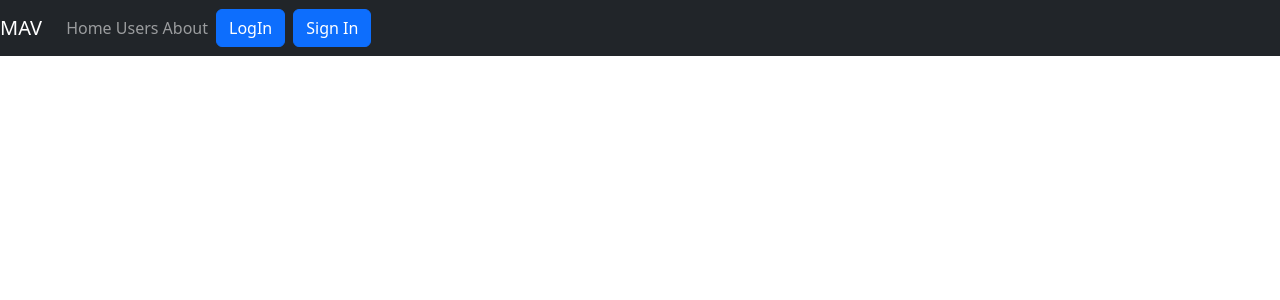
Repository: Dekabrist94/Bootstrap-First-Page
Page: /
These files come from the project's save history. The page is drawn as it stood at one moment and after the next save; the edit follows.
The browser window is 1280 px wide. The pictures show the whole page.
The project was rebuilt for these pictures with package versions that can differ from the ones it lists, and the page was loaded fresh each time.

Above is the page before, as saved 2023-04-07 23:50:51.

After the next save:
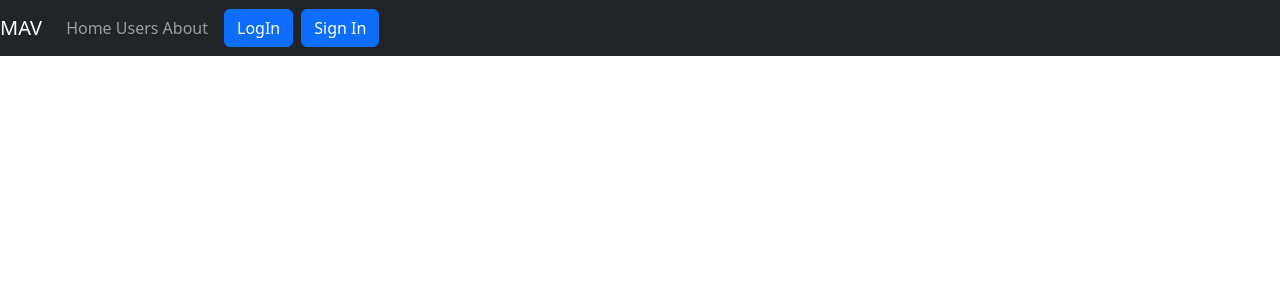
Saved 4 s later.
--- a/src/components/Navibar.js
+++ b/src/components/Navibar.js
@@ -13,7 +13,7 @@ export const Navibar = () => {
             <Nav.Link>Home Users About</Nav.Link>
           </Nav>
           <Nav>
-            <Button variant="primary" className="ms-20 me-2">
+            <Button variant="primary" className="ms-2 me-2">
               LogIn
             </Button>
             <Button variant="primary">Sign In</Button>
